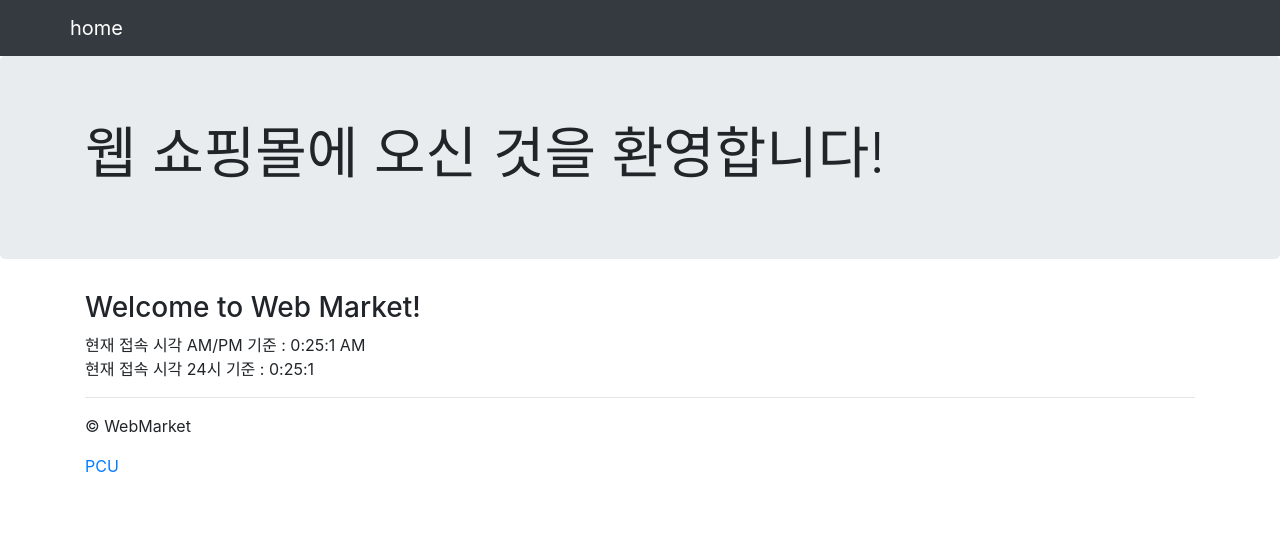
Repository: realseungju/JSP
Page: http://localhost/WebMarket/web_front_page.jsp
An editor plug-in stored every save of this project. The page is shown before and after the next save, followed by the edit.
The browser window is 1280 px wide. The pictures show the whole page.
The page is served by Tomcat 9.

Above is the page before, as saved 2021-11-22 03:21:31.

### JSP_Work/WebMarket/WebContent/web_front_page.jsp
<%@ page language="java" contentType="text/html; charset=utf-8" pageEncoding="utf-8"%>
<%@ page import = "java.util.Date"%>
<html>
<head>
<link rel="stylesheet" href="https://maxcdn.bootstrapcdn.com/bootstrap/4.0.0/css/bootstrap.min.css">
<title>Welcome</title>
</head>
<body>
	<nav class="navbar navbar-expand navbar-dark bg-dark">
		<div class="container">
			<div class="navbar-header">
				<a class="navbar-brand" href="./welcome.jsp"> home </a>
			</div>
		</div>
	</nav>

	<%!
		String greeting = "웹 쇼핑몰에 오신 것을 환영합니다!";
		String tagline = "Welcome to Web Market!";
	 %>

	 <div class="jumbotron">
	 	<div class="container">
	 		<h1 class="display-4">
	 			<%=greeting%>
	 		</h1>
	 	</div>
	 </div>

	 <main role="main">
	 	<div class="container">
	 		<div class="text-left">
	 			<h3>
	 				<%=tagline%>
	 			</h3>

	 			<%
	 				Date day = new java.util.Date();
	 				String am_pm;
	 				int hour = day.getHours();
	 				int hour2 = day.getHours();
	 				int min = day.getMinutes();
	 				int sec = day.getSeconds();
	 				if (hour / 12 == 0)
	 				{
	 					am_pm = "AM";
	 				}
	 				else
	 				{
	 					am_pm = "PM";
	 					hour = hour - 12;
	 				}
	 				String CT = hour + ":" + min + ":" + sec + " " + am_pm;

	 				out.println("현재 접속 시각 AM/PM 기준 : " + CT + "<br>");

	 				String CT2 = hour2 + ":" + min + ":" + sec + " ";

	 				out.println("현재 접속 시각 24시 기준 : " + CT2 + "<br>");

	 			%>
	 		</div>
	 		<hr>
	 	</div>
	 </main>
	 <footer class="container">
	 	<p>&copy; WebMarket</p>
	 	<a href="https://pcu.ac.kr"> PCU </a>
	 </footer>
</body>
</html>

After the next save:
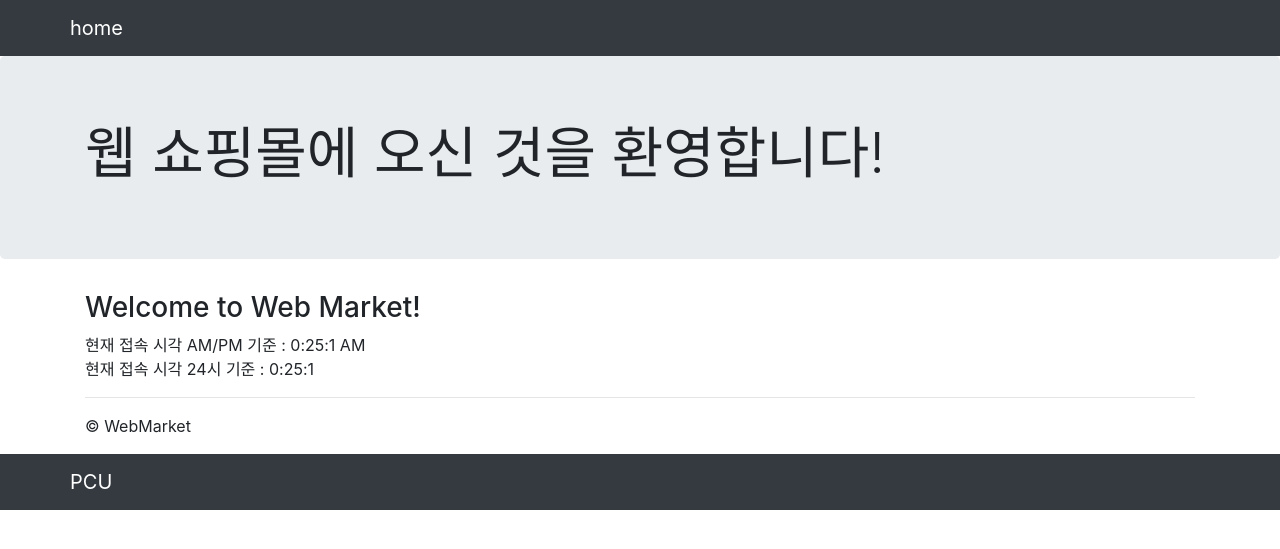
Saved 2 min 21 s later.
--- a/JSP_Work/WebMarket/WebContent/web_front_page.jsp
+++ b/JSP_Work/WebMarket/WebContent/web_front_page.jsp
@@ -65,7 +65,14 @@
 	 </main>
 	 <footer class="container">
 	 	<p>&copy; WebMarket</p>
-	 	<a href="https://pcu.ac.kr"> PCU </a>
 	 </footer>
+
+	 <nav class="navbar navbar-expand navbar-dark bg-dark">
+		<div class="container">
+			<div class="navbar-header">
+				<a class="navbar-brand text-center" href="https://pcu.ac.kr"> PCU </a>
+			</div>
+		</div>
+	</nav>
 </body>
 </html>
